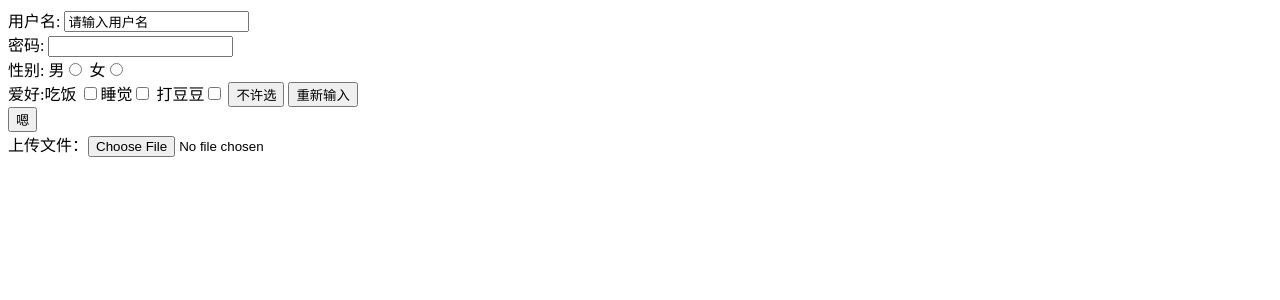
Repository: Qwenicq/My_project
Page: html/HTML_learning/4_list.html
An editor plug-in stored every save of this project. The page is shown before and after the next save, followed by the edit.
The browser window is 1280 px wide. The pictures show the whole page.

Above is the page before, as saved 2023-03-29 20:55:28.

After the next save:
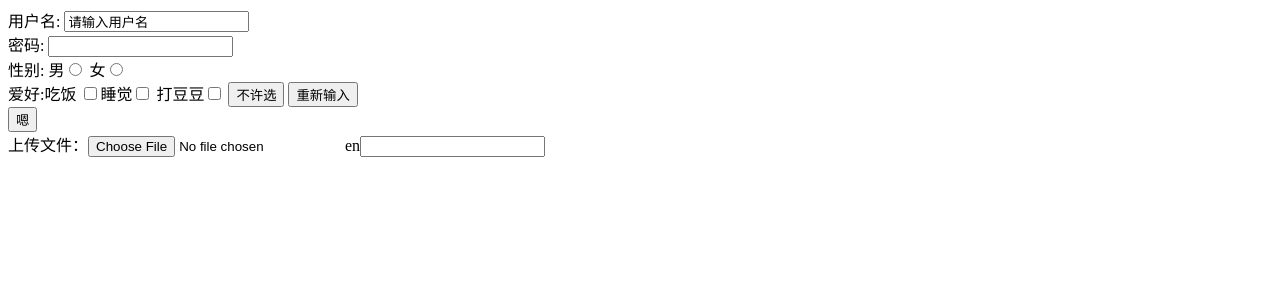
Saved 3 min 13 s later.
--- a/html/HTML_learning/4_list.html
+++ b/html/HTML_learning/4_list.html
@@ -24,7 +24,7 @@
        <!-- 我是普通按钮，后期搭配js使用 -->
        上传文件：<input type="file">
        <!-- 我是文件域 上传文件时使用 -->
-
+      <label for="en">en</label><input type="text" name="en">
 
     </form>
 </body>
